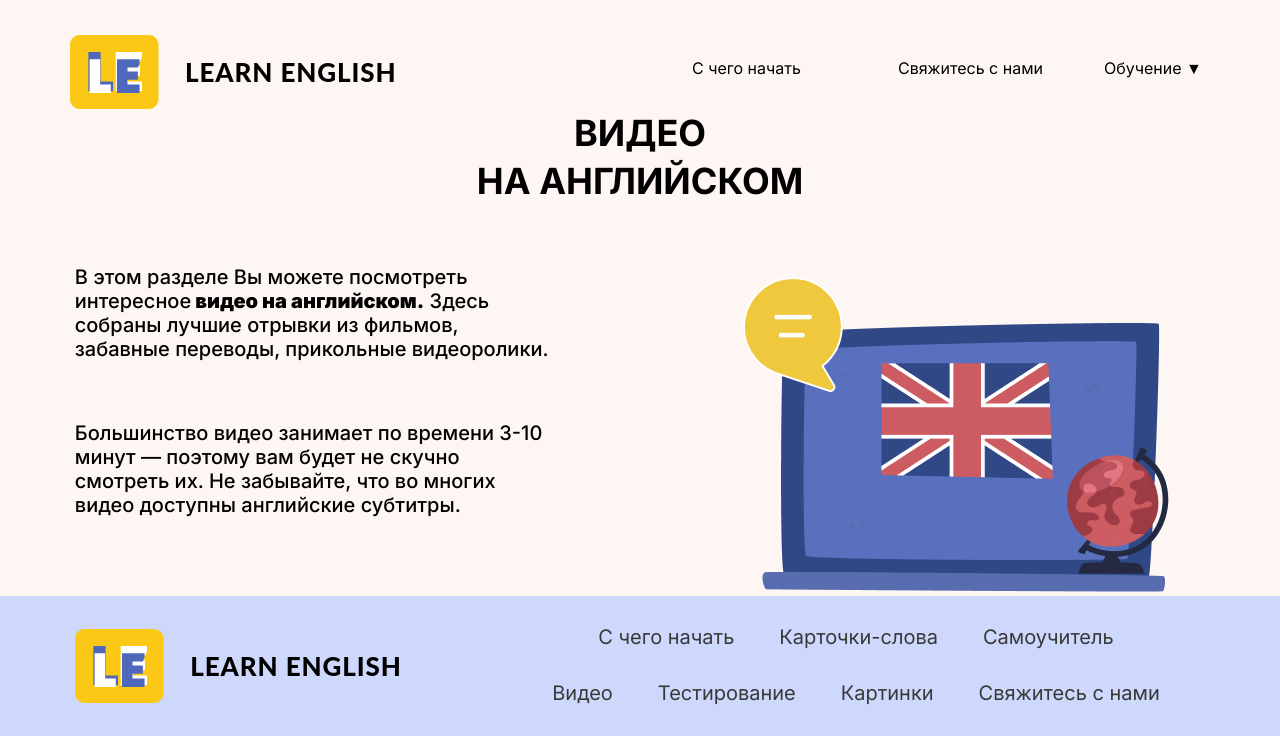
Repository: WladimirVA/Diplom
Page: scool/video.html
An editor plug-in stored every save of this project. The page is shown before and after the next save, followed by the edit.
The browser window is 1280 px wide. The pictures show the whole page.

Above is the page before, as saved 2023-07-20 11:33:51.

### scool/video.html
<!DOCTYPE html>
<html lang="en">
<head>
    <meta charset="UTF-8">
    <meta name="viewport" content="width=device-width, initial-scale=1.0">
    <link href="./css/index.css" rel="stylesheet" type="text/css">
    <link rel="stylesheet" href="./css/video.css" type="text/css">
    <link href="../static/css/fonts.css" rel="stylesheet" type="text/css">
    <link rel="icon" sizes="16x16" href="./img/Vector.svg" type="image/x-icon">
    <title>Learn english</title>
</head>
<body>
    <header class="header" di="HOME">
        <div class="section">
            <div class="section-header">
                <div class="logo">
                    <img src="./img/Vector.svg">
                    <p>Learn english</p>
                </div>
                <div>

                    <ul class="ddropdownn">
                        <li class="ddropdownn-top">
                        <a class="ddropdownn-top" href="./index.html">С чего начать</a>
                        </li>
                        <li class="ddropdownn-top">
                            <a class="ddropdownn-top" href="mailto:dyadichenko_va@mail.ru">Свяжитесь с нами</a>
                        </li>
                        <li class="ddropdownn-top">
                        <a class="ddropdownn-top" href="#">Обучение &#9660;</a>
                            <ul class="ddropdownn-inside">
                                <li><a href="#">Карточки-слова</a></li>
                                <li><a href="#">Самоучитель</a></li>
                                <li><a href="#">Видео</a></li>
                                <li><a href="#">Тестирование</a></li>
                                <li><a href="#">Картинки</a></li>
                            </ul>
                        </li>

                    </ul>
                </div>
            </div>
        </div>
    </header>
    <main>
        <section class="TUTORIAL">
            <div class="section">
                <h1 class="tutorial-h1">видео <br>на английском</h1>
                <div class="content-tutorial">
                    <div class="tutorial-inf">
                        <p>В этом разделе Вы можете посмотреть интересное<span  style="font-weight:900"> видео на английском.</span> Здесь собраны лучшие отрывки из фильмов, забавные переводы, прикольные видеоролики.</p>
                        <p class="tutorial-p">Большинство видео занимает по времени 3-10 минут — поэтому вам будет не скучно смотреть их. Не забывайте, что во многих видео доступны английские субтитры.</p>
                    </div>
                    <div class="tutorial-img">
                        <img src="./img/Frame.png" alt="foto">
                    </div>
                </div>
            </div>
        </section>
    </main>
    <footer class="FOOTER">
        <div class="section">
            <div class="section-footer">
                <div class="logo">
                    <img src="./img/Vector.svg">
                    <p>Learn english</p>
                </div>
                <div class="ddropdownn-footer">
                    <div class="ddropdownn-menu">
                        <ul class="ddropdownn1">
                            <li><a href="./index.html">С чего начать</a></li>
                            <!-- <li><a href="#">Обучение</a></li> -->
                            <li><a href="#">Карточки-слова</a></li>
                            <li><a href="#">Самоучитель</a></li>
                        </ul>
                    </div>
                    <div class="ddropdownn-menu">
                        <ul class="ddropdownn2">
                            <li><a href="#">Видео</a></li>
                            <li><a href="#">Тестирование</a></li>
                            <li><a href="#">Картинки</a></li>
                            <li><a class="link" href="mailto:dyadichenko_va@mail.ru">Свяжитесь с нами</a></li>
                        </ul>
                    </div>
                </div>
            </div>
        </div>
    </footer>
</body>
</html>

### scool/css/index.css
body {
    scroll-behavior: smooth;
    align-items: center;
    width: 100%;
    max-width: 1366px;
    margin: auto;
    font-family: 'Inter', 'Work Sans', "NunitoSans-Light", Arial, Helvetica, sans-serif;
}
* {
    margin: 0;
    padding: 0;
}

.logo {
    display: flex;
    align-items: center;
}

.logo p {
    font-family: Lato;
    font-size: 26px;
    font-weight: 800;
    line-height: 48px;
    letter-spacing: 0.035em;
    text-align: left;
    text-transform: uppercase;
    padding-left: 1em;
}

/* Стили выпадающего списка */
ul.ddropdownn li {/* Считаем координаты относительно исходного места. */
    position: relative; }
ul.ddropdownn, ul.ddropdownn-inside {
    /* Отступы на нуле. */
    padding: 0;
    /* Маркеры уберем. */
    list-style-type: none;
    }
ul.ddropdownn-inside {
    /* Спрячем дочерние элементы выпадающего списка. */
    left: -9999px;
    position: absolute;
    }
ul.ddropdownn li.ddropdownn-top {
    /* Небольшой отступ. */
    margin: 20px 1px 0 0;
    /* Выравнивание по левой стороне. */
    float: left;
    display: inline;
    }
ul.ddropdownn li.ddropdownn-top a {
    /* Делаю элементы блочными. */
    display: block;
    /* Снова отступы. */
    padding: 3px 30px 4px;
    text-decoration: none;
    color: black;
    font-family: Inter;
    width: 145px;
    }
ul.ddropdownn a.ddropdownn-top {/* Цвет фона. */ background: #FEF6F3; } */
ul.ddropdownn a.ddropdownn-top:hover {/* Отступы. */ padding: 13px 20px 4px; }
ul.ddropdownn li.ddropdownn-top:hover .ddropdownn-inside {
    left: 0;
    /* Делаю элементы блочными. */
    display: block;
    }
ul.ddropdownn .ddropdownn-inside {/* Цвет фона. */ background: #FEF6F3; }
ul.ddropdownn .ddropdownn-inside a:hover {/* Цвет фона изменится при наведении. */
    background: #FEF6F3; }


@media screen and (max-width: 745px) {
    .header-nav {
        display: block;
        padding-top: 0px;
    }
}


.section-header {
    display: flex;
    justify-content: space-between;
    background-color: #FEF6F3;
    padding: 35px 0px 0 70px;

}

.BEGINNES {
    background: #FEF6F3;
}

.content-beginners {
    display: flex;
    justify-content: space-between;
}

.beginners-inf {
    padding: 50px 0 0 70px;
}

.beginners-inf h1 {
    font-family: Inter;
    font-size: 44px;
    font-weight: 700;
    line-height: 48px;
    letter-spacing: -0.08em;
    text-align: left;
    text-transform: uppercase;
    letter-spacing: 0.035em;
}

.beginners-img img {
    width: 100%;
    height: auto;
}

.beginners-inf p {
    margin-top: 50px;
}

.content-beginners {
    font-family: Inter;
    font-size: 22px;
    font-weight: 700;
    line-height: 24px;
    letter-spacing: 0em;
    text-align: left;

    font-family: Inter;
    font-size: 22px;
    font-weight: 500;
    line-height: 24px;
    letter-spacing: 0em;
    text-align: left;

    font-family: Inter;
    font-size: 20px;
    font-weight: 500;
    line-height: 24px;
    letter-spacing: 0em;
    text-align: left;
}

.home_ul {
    list-style-type: none;
    padding: 20px 0 20px 0;
}

.check {
    margin-left: 15px;
}

.button_home {
    font-family: Inter;
    font-size: 20px;
    font-weight: 700;
    line-height: 24px;
    letter-spacing: 0em;
    text-align: center;
    background:#FBC815;
    border-style: none;
    border-radius: 25px;
    width: 257px;
    height: 56px;
}

.LEARNING {
    background: #FDE4D3;
}

.learning {
    display: flex;
    justify-content: space-evenly;
}

.img-learning img {
    width: 100%;
    height: auto;
}

.content-learning h1 {
    text-align: center;
    text-transform: uppercase;
    font-family: Inter;
    font-size: 36px;
    font-weight: 700;
    line-height: 48px;
    letter-spacing: 0em;
    text-align: center;
    padding-top: 65px;

}

.popular {
    margin-left: 20px;
}

.learning-text {
    max-width: 550px;
    margin-top: 50px;
}

.learning-text p {
    font-family: Inter;
    font-size: 20px;
    font-weight: 500;
    line-height: 24px;
    letter-spacing: 0em;
    text-align: left;
}

.learning-text-img {
    margin-top: 60px;
}

.learning-text-img p {
    margin: -38px 0 0 20px;
}

.INFORMATION {
    background: #4F68BB;
    height: 1275px;
}

.information-text {
    text-align: center;
    color: #FFFFFF;
    /* max-width: 932px; */
}


.content-information h1 {
    font-family: Inter;
    font-size: 36px;
    font-weight: 700;
    line-height: 48px;
    letter-spacing: 0em;
    text-align: center;
    text-transform: uppercase;
    padding: 60px 0 50px 0;
}

.content-information p {
    font-family: Inter;
    font-size: 24px;
    font-weight: 700;
    line-height: 32px;
    letter-spacing: 0em;
    text-align: center;
}


.information1 {
    color: #FFFFFF;
    height: 400px;
    text-align: center;
    display: flex;
    justify-content: space-around;
    margin: 60px 0 0 0;
}

.information1 p {
    max-width: 270px;
}

.information1 h3 {
    padding: 65px 0 50px 0;
}

.information2 {
    color: #FFFFFF;
    height: 400px;
    text-align: center;
    margin: 60px 0 0 0;
    display: flex;
    justify-content: space-evenly;
}

.information2 p {
    max-width: 270px;
}
.information2 h3 {
    padding: 65px 0 50px 0;
}

.buttton-inf1 {
    margin-top: 39px;
}
.buttton-inf2 {
    margin-top: 95px;
}
.buttton-inf3 {
    margin-top: 55px;
}
.buttton-inf4 {
    padding-top: 63px;
}
.buttton-inf5 {
    padding-top: 25px;
}

.TRANING {
    background:rgba(251, 205, 166, 1);
    height: 345px;
}

.training {
    display: flex;
    align-items: center;
    justify-content: space-evenly;
}

.training-inf {
    display: block;
    text-align: center;
}

.training-inf p {
    font-family: Inter;
    font-size: 36px;
    font-weight: 700;
    line-height: 48px;
    letter-spacing: 0em;
    text-align: center;
}

.buttton-training1 {
    padding-top: 45px;
}

.buttton-training {
    color: #FFFFFF;
    font-family: Inter;
    font-size: 20px;
    font-weight: 700;
    line-height: 24px;
    letter-spacing: 0em;
    text-align: center;
   background: rgba(240, 63, 90, 1);
}

.training-img {
    margin-top: -60px;
}

.FOOTER {
    background:rgba(205, 216, 252, 1);
    height: 140px;
    align-items: center;
    display: grid;
    justify-items: stretch;
}

.section-footer {
    display: flex;
    justify-content: space-around
}

.ddropdownn-footer {
    display: flex;
    flex-direction: column;
    align-items: center;
}

.ddropdownn-menu {
    display: flex;
}

.ddropdownn1, .ddropdownn2 {
    display: flex;
    font-family: Inter;
    font-size: 20px;
    font-weight: 400;
    line-height: 16px;
    letter-spacing: 0em;
    text-align: left;
    list-style-type:none;

}

.ddropdownn2 {
    margin: 40px 0 0 0;
}

.ddropdownn-footer li{
    padding: 0 45px 0 0;
}

.ddropdownn-footer a {
    text-decoration: none;
    color: rgba(57, 57, 57, 1);
    ;
}

### scool/css/video.css
.TUTORIAL {
    background: rgba(254, 246, 243, 1);
}

.tutorial-h1 {
    text-align: center;
    font-family: Inter;
    font-size: 36px;
    font-weight: 700;
    line-height: 48px;
    letter-spacing: 0em;
    text-align: center;
    text-transform: uppercase;
}

.content-tutorial {
    display: flex;
    justify-content: space-around;
    margin: 60px 0 0 0;
}

.tutorial-inf {
    max-width: 475px;
    font-family: Inter;
    font-size: 20px;
    font-weight: 500;
    line-height: 24px;
    letter-spacing: 0em;
    text-align: left;

}

.tutorial-p {
    margin: 60px 0 0 0;
}

### static/css/fonts.css
/* @import url('https://fonts.googleapis.com/css2?family=Work+Sans:ital,wght@0,600;0,800;1,800&display=swap'); */


/* @import url('https://fonts.googleapis.com/css2?family=Inter:wght@400;500;600;700;800&family=Work+Sans:ital,wght@0,600;0,800;1,800&display=swap'); */


@import url('https://fonts.googleapis.com/css2?family=Inter:wght@100;200;300;400;500;600;700;800;900&display=swap');

@import url('https://fonts.googleapis.com/css2?family=Inter:wght@100;200;300;400;500;600;700;800;900&family=Work+Sans:ital,wght@0,100;0,200;0,300;0,400;0,500;0,600;0,700;0,800;0,900;1,100;1,200;1,300;1,400;1,500;1,600;1,700;1,800;1,900&display=swap');

After the next save:
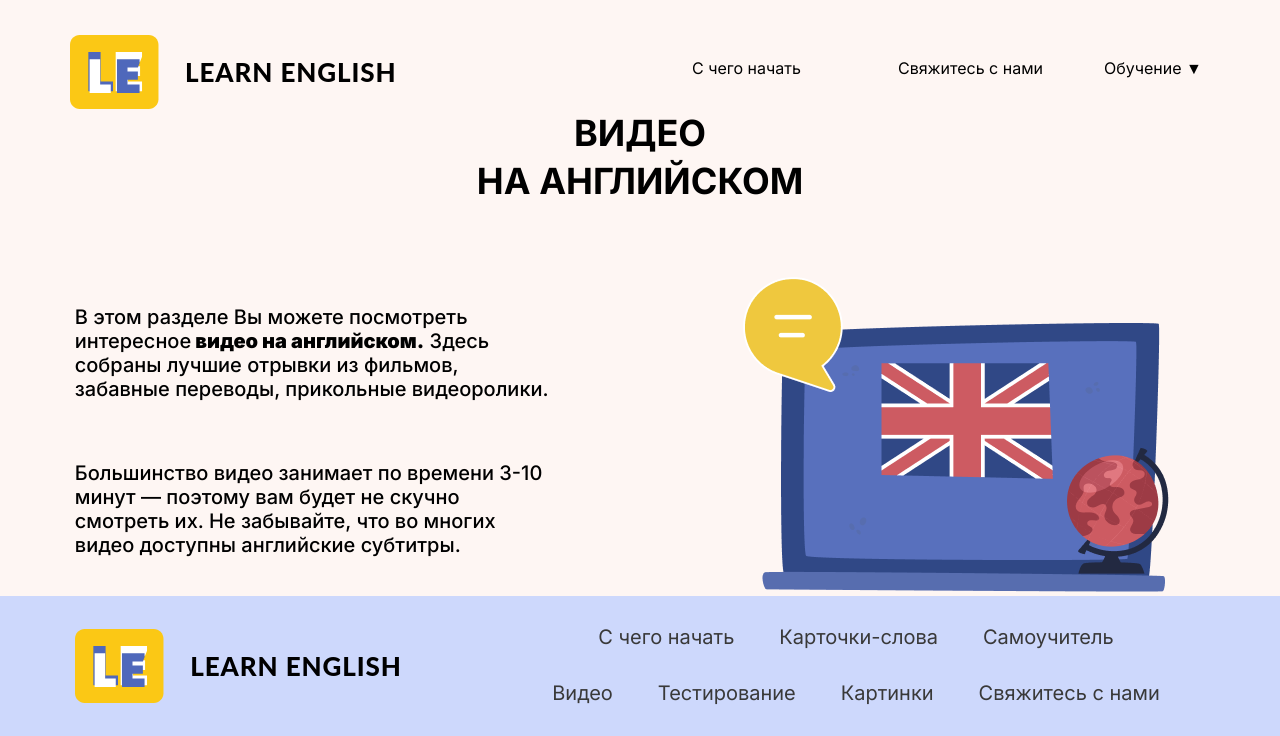
Saved 35 s later.
--- a/scool/css/video.css
+++ b/scool/css/video.css
@@ -27,6 +27,7 @@
     line-height: 24px;
     letter-spacing: 0em;
     text-align: left;
+    margin: 40px 0 0 0;
 
 }
 
